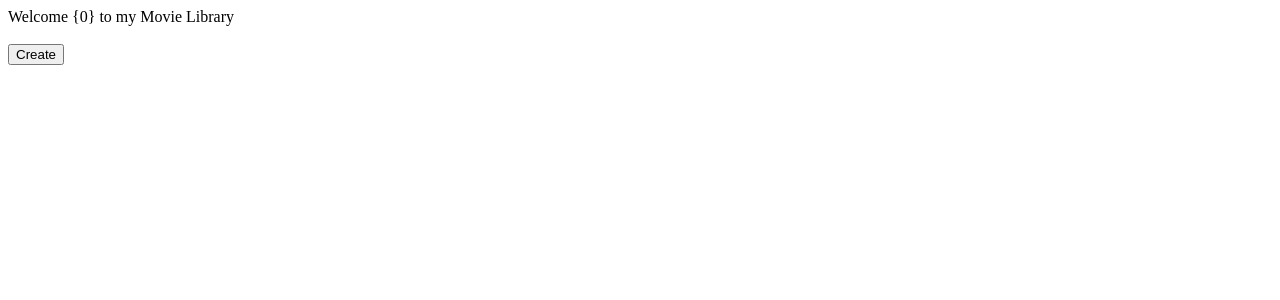
Repository: Romanetvin/InteractMovieLibrary
Page: http://localhost/Interact/views/home.jsp
These files come from the project's save history. The page is drawn as it stood at one moment and after the next save; the edit follows.
The browser window is 1280 px wide. The pictures show the whole page.
The page is served by Tomcat 9.

Above is the page before, as saved 2017-02-01 13:01:03.

After the next save:
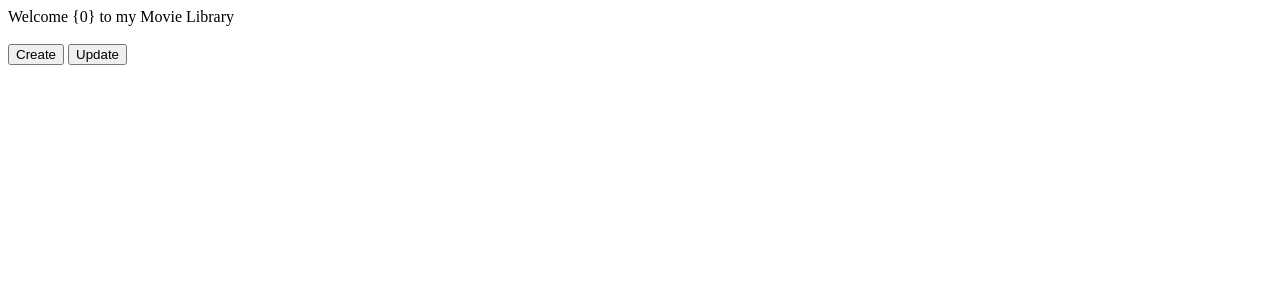
Saved 36 s later.
--- a/Interact/src/main/webapp/views/home.jsp
+++ b/Interact/src/main/webapp/views/home.jsp
@@ -16,6 +16,6 @@
 
 	<a ref="/add"><button><spring:message code="homePage.label.create"></spring:message></button></a>
 
-
+	<a ref="/update"><button><spring:message code="homePage.label.update"></spring:message></button></a>
 </body>
 </html>
